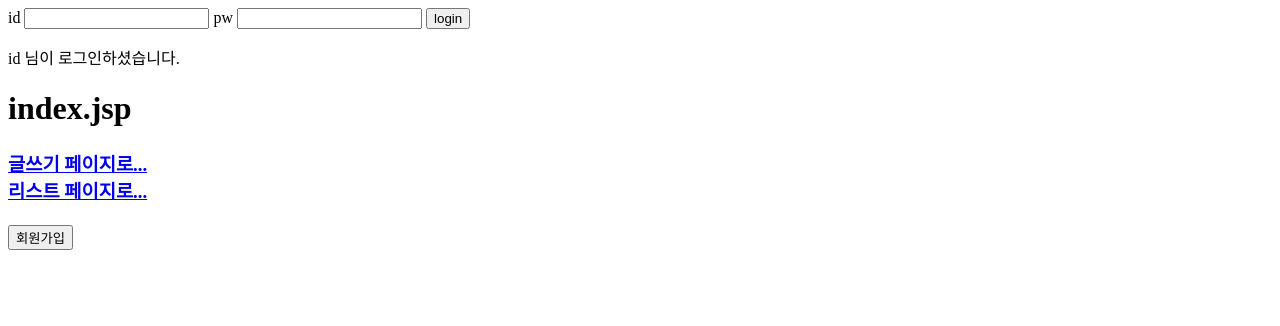
Repository: HaeunOh/study
Page: http://localhost/jsp_study/
An editor plug-in stored every save of this project. The page is shown before and after the next save, followed by the edit.
The browser window is 1280 px wide. The pictures show the whole page.
The page is served by Tomcat 9.

Above is the page before, as saved 2024-04-15 01:23:32.

After the next save:
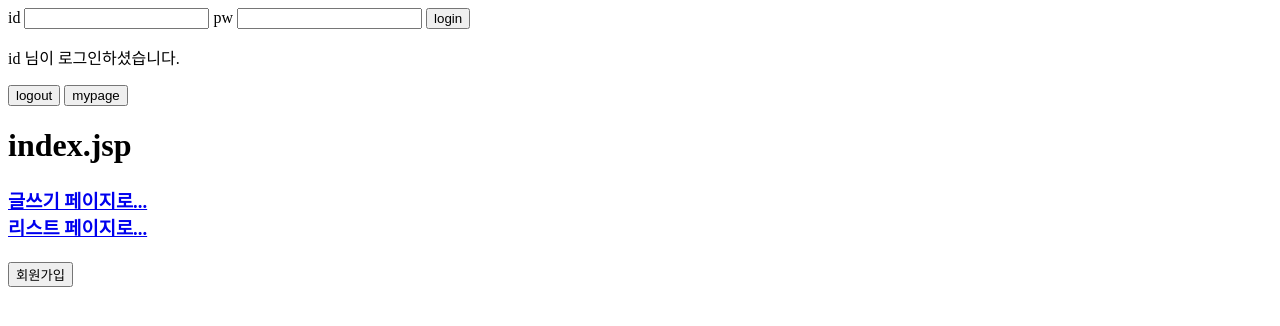
Saved 33 s later.
--- a/_jsp_workspace/jsp_study/src/main/webapp/index.jsp
+++ b/_jsp_workspace/jsp_study/src/main/webapp/index.jsp
@@ -8,7 +8,7 @@
 </head>
 <body>
 	id <input type="text"> pw <input type="text"> <button>login</button>
-	<p> id 님이 로그인하셨습니다. </p>
+	<p> id 님이 로그인하셨습니다. </p> <button>logout</button> <button>mypage</button>
 	<h1>index.jsp</h1>
 	<h3>
 		<a href="/brd/register">글쓰기 페이지로...</a> <br>
